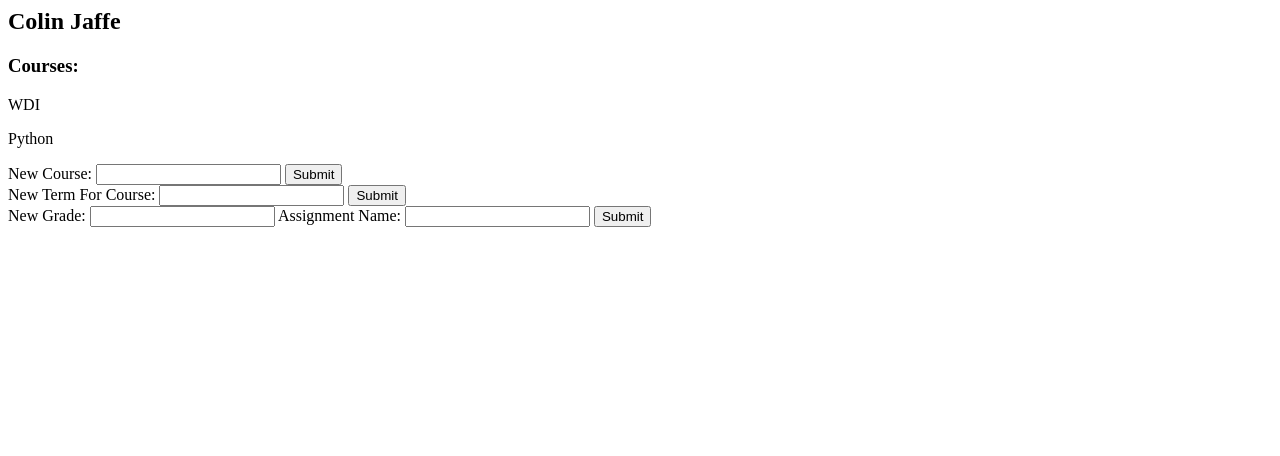
Repository: EdmontDantes/graderaide-ui
Page: add.html
An editor plug-in stored every save of this project. The page is shown before and after the next save, followed by the edit.
The browser window is 1280 px wide. The pictures show the whole page.

Above is the page before, as saved 2020-04-21 15:44:04.

### add.html
<html lang="en">
  <head>
    <title>Graderaide</title>
    <meta charset="UTF-8">
    <meta name="viewport" content="width=device-width, initial-scale=1">
  </head>

  <body>
    <section class="app">
      <h1>Colin Jaffe</h1>
      <h3>Courses:</h3>
      <p>WDI</p>
      <p>Python</p>
      <section>
        <label for="new-course">New Course:</label>
        <input type="text" name="new-course" class="new-course">
        <button type="submit" class="submit-new-course">Submit</button>
      </section>
      <section>
        <label for="new-term">New Term For Course:</label>
        <input type="text" name="new-term" class="new-term">
        <button type="submit" class="submit-new-term">Submit</button>
      </section>
      <section>
        <label for="new-grade">New Grade:</label>
        <input type="text" name="new-grade" class="new-grade">
        <label for="new-grade-assignment">Assignment Name:</label>
        <input type="text" name="new-grade-assignment" class="new-grade-assignment">
        <button type="submit" class="submit-new-grade-assignment">Submit</button>
      </section>
    </section>
  </body>
</html>

### style-index.css
@media (min-width: 601px) and (max-width: 1100px);
body {
    background-color: lightcyan;
    display: flex;
    flex-wrap: wrap;
    justify-content: center;
}

.app {
    display: flex;
    flex-direction: row;
    flex-wrap: wrap;
    justify-content: space-around;
}

#text-h1-creation-section {
    display: flex;
    flex-wrap: wrap;
    justify-content: center;
    font-size: 2em;
}

#new-student-input-options {
    display: flex;
    flex-wrap: wrap;
    flex-direction: row;
    justify-content: space-evenly;
}

.new-student-submit {
    display: flex;
    flex-wrap: wrap;
    justify-content: center;
}

.new-student-input {
    display: grid;

    background-color: lightgreen;
    border: 3px solid black;

}
button {
    background-color: #4CAF50; /* Green */
    border: none;
    color: white;
    padding: 15px 32px;
    text-align: center;
    text-decoration: none;
    display: inline-block;
    font-size: 16px;
    margin: 4px 2px;
    cursor: pointer;
}

.student-display {
    display: flex;
    justify-content: space-around;
    border: 3px dotted #BFC0C0;
    margin: 15px;
}

.student-info {
    display: flex;
    flex-direction: column;
    justify-content: space-evenly;
}

a {
    background-color: white;
    color: black;
    border: 5px solid #4CAF50;
    padding: 10px 20px;
    text-align: center;
    text-decoration: none;
    display: inline-block;
    font-size: 16px;
    margin-left: 20px;
}

After the next save:
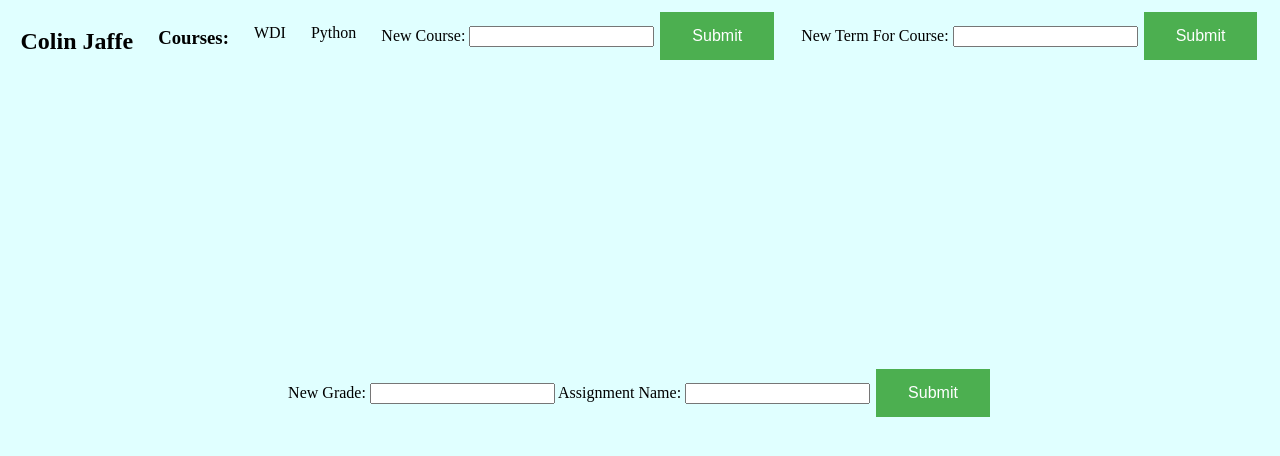
Saved 37 s later.
--- a/add.html
+++ b/add.html
@@ -3,6 +3,7 @@
     <title>Graderaide</title>
     <meta charset="UTF-8">
     <meta name="viewport" content="width=device-width, initial-scale=1">
+    <link rel="stylesheet" type="text/css" href="style-index.css">
   </head>
 
   <body>
